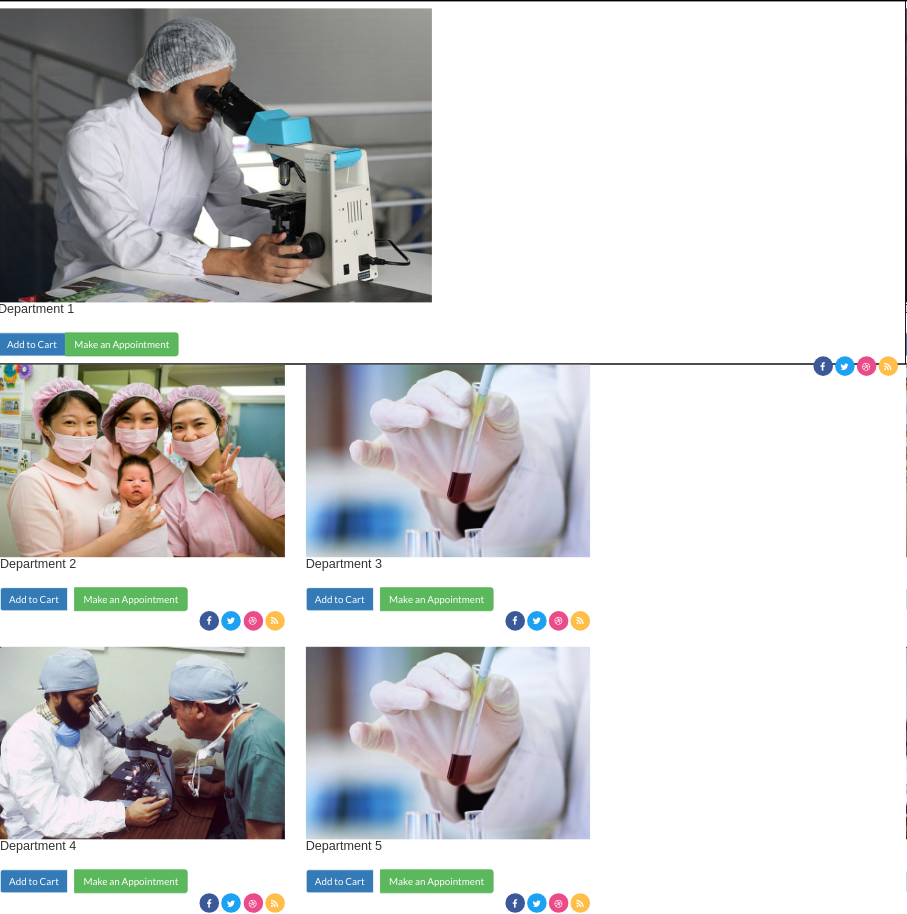
Repository: 72-faisal/work_to_do
Page: http://localhost/Khajina_Doctor/Department-home.jsp
The author's editor kept a copy of each file at every save. The page is drawn from the files as they stood at one save, then again after the next save.
The browser window is 1280 px wide. The page is 1295 px wide, so the pictures cover 1295 px, including what lies to the right of the window. The pictures show the part of the page from y = 0 to 1880 px (the page is 1306 px tall before and 2660 px after), at 70% of full size.
Some web fonts or font styles are not loaded; a fallback is used. The page is served by Tomcat 9. Other server files are loaded and not shown.

Above is the page before, as saved 2023-04-15 20:23:14.

### Khajina_Doctor/Khajina_Doctor/src/main/webapp/Department-home.jsp
<%@ page language="java" contentType="text/html; charset=ISO-8859-1"
    pageEncoding="ISO-8859-1"%>
<!DOCTYPE html>
<html>
<head>
<meta charset="ISO-8859-1">
<title>KhajjinaDoc a Medical Online Solution |</title>
<!-- for-meta-tags-->
<meta name="viewport" content="width=device-width, initial-scale=1">
<meta http-equiv="Content-Type" content="text/html; charset=utf-8" />
<meta name="keywords" content="Health Plus Responsive web template, Bootstrap Web Templates, Flat Web Templates, Android Compatible web template,
Smartphone Compatible web template, free web designs for Nokia, Samsung, LG, SonyEricsson, Motorola web design" />
<script type="application/x-javascript"> addEventListener("load", function() { setTimeout(hideURLbar, 0); }, false);
		function hideURLbar(){ window.scrollTo(0,1); } </script>
<!-- //for-meta-tags-->
<link href="css/bootstrap.css" rel="stylesheet" type="text/css" media="all" />
<link rel="stylesheet" href="css/flexslider.css" type="text/css" media="screen" Department="" />
<link href="css/services.css" rel="stylesheet" type="text/css" media="all" />
<link href="css/ziehharmonika.css" rel="stylesheet" type="text/css">
<link href="css/JiSlider.css" rel="stylesheet">
<link href="css/style.css" rel="stylesheet" type="text/css" media="all" />
<!-- font-awesome icons -->
<link href="css/font-awesome.css" rel="stylesheet">
<!-- //font-awesome icons -->
<link href="//fonts.googleapis.com/css?family=Raleway:200,200i,300,300i,400,400i,500,500i,600,600i,700,700i,800" rel="stylesheet">
<link href="//fonts.googleapis.com/css?family=Lato:300,300i,400,400i,700,900" rel="stylesheet">
<style>
.col-md-4department {
  border: 2px solid black; /* Set the border style to a 1px solid black line */
  padding: 10px; /* Add some padding around the box content to make it easier to read */
}
.department .btn-group .btn:first-child {
  margin-right: 10px;
}

.btn-primary:hover {
  filter: brightness(70%);
}
.social_agileinfo li a {
  display: block;
  width: 30px;
  height: 30px;
  line-height: 30px;
  text-align: center;
  background: #333;
  border-radius: 50%;
  margin: 0 10px;
}

.social_agileinfo li a i {
  font-size: 18px;
}

.social_agileinfo li a:hover {
  background: #555;
}

.social_agileinfo li a:hover i {
  color: #fff;
}

.social_agileinfo li a:focus {
  outline: none;
}





</style>
</head>
<body>
<div class="department-box">
    <div class="row">
        <div class="col-md-4department">

            <img src="images/g1.jpg" alt=" " class="img-responsive" />
            <div class="overlay">
                <h4>Department 1</h4><br>
                 <div class="btn-group" role="group">
                    <button type="button" class="btn btn-primary">Add to Cart</button>
                    <button type="button" class="btn btn-success">Make an Appointment</button>
                </div><br>
               <div class="agileinfo_social_icons">
							<ul class="agileits_social_list">
								<li><a href="72__faisal" class="w3_agile_facebook"><i class="fa fa-facebook" aria-hidden="true"></i></a></li>
								<li><a href="72__faisal" class="agile_twitter"><i class="fa fa-twitter" aria-hidden="true"></i></a></li>
								<li><a href="72__faisal" class="w3_agile_dribble"><i class="fa fa-dribbble" aria-hidden="true"></i></a></li>
								<li><a href="72__faisal" class="w3_agile_rss"><i class="fa fa-rss" aria-hidden="true"></i></a></li>
							</ul>
						</div>
            </div>
        </div>
        <div class="col-md-4 department">
            <img src="images/g2.jpg" alt=" " class="img-responsive" />
            <div class="overlay">
                <h4>Department 2</h4><br>
                <div class="btn-group" role="group">
                    <button type="button" class="btn btn-primary">Add to Cart</button>
                    <button type="button" class="btn btn-success">Make an Appointment</button>
                </div><br>
                   <div class="agileinfo_social_icons">
							<ul class="agileits_social_list">
								<li><a href="72__faisal" class="w3_agile_facebook"><i class="fa fa-facebook" aria-hidden="true"></i></a></li>
								<li><a href="72__faisal" class="agile_twitter"><i class="fa fa-twitter" aria-hidden="true"></i></a></li>
								<li><a href="72__faisal" class="w3_agile_dribble"><i class="fa fa-dribbble" aria-hidden="true"></i></a></li>
								<li><a href="72__faisal" class="w3_agile_rss"><i class="fa fa-rss" aria-hidden="true"></i></a></li>
							</ul>
						</div>
            </div>
        </div>
        <div class="col-md-4 department">
            <img src="images/g3.jpg" alt=" " class="img-responsive" />
            <div class="overlay">
                <h4>Department 3</h4><br>
                <div class="btn-group" role="group">
                    <button type="button" class="btn btn-primary">Add to Cart</button>
                    <button type="button" class="btn btn-success">Make an Appointment</button>
                </div><br>
                  <div class="agileinfo_social_icons">
							<ul class="agileits_social_list">
								<li><a href="72__faisal" class="w3_agile_facebook"><i class="fa fa-facebook" aria-hidden="true"></i></a></li>
								<li><a href="72__faisal" class="agile_twitter"><i class="fa fa-twitter" aria-hidden="true"></i></a></li>
								<li><a href="72__faisal" class="w3_agile_dribble"><i class="fa fa-dribbble" aria-hidden="true"></i></a></li>
								<li><a href="72__faisal" class="w3_agile_rss"><i class="fa fa-rss" aria-hidden="true"></i></a></li>
							</ul>
						</div>
            </div>
        </div>
    </div><br>
    <div class="row">
        <div class="col-md-4 department">
            <img src="images/g4.jpg" alt=" " class="img-responsive" />
            <div class="overlay">
                <h4>Department 4</h4><br>
               <div class="btn-group" role="group">
                    <button type="button" class="btn btn-primary">Add to Cart</button>
                    <button type="button" class="btn btn-success">Make an Appointment</button>
                </div><br>
                 <div class="agileinfo_social_icons">
							<ul class="agileits_social_list">
								<li><a href="72__faisal" class="w3_agile_facebook"><i class="fa fa-facebook" aria-hidden="true"></i></a></li>
								<li><a href="72__faisal" class="agile_twitter"><i class="fa fa-twitter" aria-hidden="true"></i></a></li>
								<li><a href="72__faisal" class="w3_agile_dribble"><i class="fa fa-dribbble" aria-hidden="true"></i></a></li>
								<li><a href="72__faisal" class="w3_agile_rss"><i class="fa fa-rss" aria-hidden="true"></i></a></li>
							</ul>
						</div>
            </div>
        </div>
         <div class="col-md-4 department">
            <img src="images/g3.jpg" alt=" " class="img-responsive" />
            <div class="overlay">
                <h4>Department 5</h4><br>
               <div class="btn-group" role="group">
                    <button type="button" class="btn btn-primary">Add to Cart</button>
                    <button type="button" class="btn btn-success">Make an Appointment</button>
                </div><br>
                  <div class="agileinfo_social_icons">
							<ul class="agileits_social_list">
								<li><a href="72__faisal" class="w3_agile_facebook"><i class="fa fa-facebook" aria-hidden="true"></i></a></li>
								<li><a href="72__faisal" class="agile_twitter"><i class="fa fa-twitter" aria-hidden="true"></i></a></li>
								<li><a href="72__faisal" class="w3_agile_dribble"><i class="fa fa-dribbble" aria-hidden="true"></i></a></li>
								<li><a href="72__faisal" class="w3_agile_rss"><i class="fa fa-rss" aria-hidden="true"></i></a></li>
							</ul>
						</div>
            </div>
        </div>
    </div>
    </div>

</body>
</html>

### Khajina_Doctor/Khajina_Doctor/src/main/webapp/css/flexslider.css
/*
 * jQuery FlexSlider v2.0
 * http://www.woothemes.com/flexslider/
 *
 * Copyright 2012 WooThemes
 * Free to use under the GPLv2 license.
 * http://www.gnu.org/licenses/gpl-2.0.html
 *
 * Contributing author: Tyler Smith (@mbmufffin)
 */
/* Browser Resets */
.flex-container a:active,
.flexslider a:active,
.flex-container a:focus,
.flexslider a:focus  {outline: none;}
.slides,
.flex-control-nav,
.flex-direction-nav {margin: 0; padding: 0; list-style: none;}

/* FlexSlider Necessary Styles
*********************************/
.flexslider .slides > li {display: none; -webkit-backface-visibility: hidden;} /* Hide the slides before the JS is loaded. Avoids image jumping */
.flexslider .slides img {margin: 0 auto; display: block;}
.flex-pauseplay span {text-transform: capitalize;}

/* Clearfix for the .slides element */
.slides:after {content: "."; display: block; clear: both; visibility: hidden; line-height: 0; height: 0;}
html[xmlns] .slides {display: block;}
* html .slides {height: 1%;}

/* No JavaScript Fallback */
/* If you are not using another script, such as Modernizr, make sure you
 * include js that eliminates this class on page load */
.no-js .slides > li:first-child {display: block;}


/* FlexSlider Default Theme
*********************************/
.flexslider {
	border: 0px;
	position: relative;
	zoom: 1;
	overflow: hidden;
}
.flex-viewport {max-height: 2000px; -webkit-transition: all 1s ease; -moz-transition: all 1s ease; transition: all 1s ease;}
.loading .flex-viewport {max-height: 300px;}
.flexslider .slides {zoom: 1;}

.carousel li {margin-right: 5px}


/* Direction Nav */
.flex-direction-nav a {
	margin: 0;
    background: none;
    position: absolute;
    z-index: 10;
    cursor: pointer;
    opacity: .8;
    -webkit-transition: all .3s ease;
    font-family: FontAwesome;
    font-size: 2em;
    color: #fff;
	text-decoration: none;
	top: 50%;
}
.flex-direction-nav .flex-next {
    right: 5%;
}
.flex-direction-nav .flex-prev {
	left:5%;
}
.flex-direction-nav .flex-next:before{
	content:"\f178";
}
.flex-direction-nav .flex-prev:before{
	content:"\f177";
}
.flexslider:hover .flex-next {opacity: 1;}
.flexslider:hover .flex-prev {opacity: 1;}
.flexslider:hover .flex-next:hover, .flexslider:hover .flex-prev:hover {opacity: 1;}
.flex-direction-nav .flex-disabled {opacity: .3!important; filter:alpha(opacity=30); cursor: default;}
/* Control Nav */
.flex-control-nav {
	display: block;
    position: absolute;
    right: 5%;
    top: 20%;
}
.flex-control-nav li {
    margin: 15px 0;
    display: block;
    zoom: 1;
    position: relative;
}
.flex-control-paging li a {
	width: 15px;
    height: 15px;
    display: none;
    cursor: pointer;
    text-indent: -9999px;
    border: 5px solid rgba(255, 255, 255, 0.38);
    background: #bababa;
    text-align: center;
    border-radius: 15px;
}
.flex-control-paging li a.flex-active {
	background:#ff464f;
	cursor: default;
	transform: rotateX(360deg);
	-webkit-transform: rotateX(360deg);
	-moz-transform: rotateX(360deg);
	-o-transform: rotateX(360deg);
	-ms-transform: rotateX(360deg);
    transition: transform 2s;
}
.flex-control-thumbs {margin: 5px 0 0; position: static; overflow: hidden;}
.flex-control-thumbs li {width: 25%; float: left; margin: 0;}
.flex-control-thumbs img {width: 100%; display: block; opacity: .7; cursor: pointer;}
.flex-control-thumbs img:hover {opacity: 1;}
.flex-control-thumbs .flex-active {opacity: 1; cursor: default;}
@media screen and (max-width:1366px) {

}
@media screen and (max-width:1080px) {

}
@media screen and (max-width: 991px){

}
@media screen and (max-width: 667px){

}
@media screen and (max-width: 640px){

}
@media screen and (max-width: 600px){

}
@media screen and (max-width: 480px) {
	section.slider {
		padding-top: 0;
	}

}
@media screen and (max-width: 414px){

}
@media screen and (max-width: 384px){

}
@media screen and (max-width: 375px) {

}
@media screen and (max-width: 320px) {

}

### Khajina_Doctor/Khajina_Doctor/src/main/webapp/css/services.css
.ch-item {
	width: 100%;
	height: 100%;
	border-radius: 50%;
	position: relative;
	cursor: default;
	-webkit-perspective: 900px;
	-moz-perspective: 900px;
	-o-perspective: 900px;
	-ms-perspective: 900px;
	perspective: 900px;
}
.ch-info{
	position: absolute;
	width: 100%;
	height: 100%;
	-webkit-transform-style: preserve-3d;
	-moz-transform-style: preserve-3d;
	-o-transform-style: preserve-3d;
	-ms-transform-style: preserve-3d;
	transform-style: preserve-3d;
}
.ch-info > div {
	display: block;
	position: absolute;
	width: 100%;
	height: 100%;
	border-radius: 50%;
	background-position: center center;
	-webkit-transition: all 0.4s linear;
	-moz-transition: all 0.4s linear;
	-o-transition: all 0.4s linear;
	-ms-transition: all 0.4s linear;
	transition: all 0.4s linear;
	-webkit-transform-origin: 50% 0%;
	-moz-transform-origin: 50% 0%;
	-o-transform-origin: 50% 0%;
	-ms-transform-origin: 50% 0%;
	transform-origin: 50% 0%;
}

.ch-info .ch-info-front {
      border: 10px solid #1c588e;
    background: #fff;
}

.ch-info .ch-info-back {
	-webkit-transform: translate3d(0,0,-220px) rotate3d(1,0,0,90deg);
	-moz-transform: translate3d(0,0,-220px) rotate3d(1,0,0,90deg);
	-o-transform: translate3d(0,0,-220px) rotate3d(1,0,0,90deg);
	-ms-transform: translate3d(0,0,-220px) rotate3d(1,0,0,90deg);
	transform: translate3d(0,0,-220px) rotate3d(1,0,0,90deg);
	background: #000;
	opacity: 0;
}
.ch-info-front.ch-img-1 i,.ch-info-front.ch-img-2 i,.ch-info-front.ch-img-3 i ,.ch-info-front.ch-img-4 i ,.ch-info-front.ch-img-5 i   {
    color: #232323;
    font-size: 4em;
    line-height: 3em;
}

.ch-info h5 {
    color: #fff;
    text-transform: uppercase;
    letter-spacing: 2px;
    font-size: 20px;
    margin: 0 15px;
    padding: 78px 0 0 0;
    height: 110px;
    text-shadow: 0 0 1px #fff, 0 1px 2px rgba(0,0,0,0.3);
}

.ch-info p {
	color: #de0f17;
    padding:10px 5px;
    font-style:italic;
    margin:0 30px;
    font-size:12px;
    border-top:1px solid rgba(47, 46, 46, 0.5);
}

.ch-info p a {
	display: block;
	color: #fff;
	color: rgba(255,255,255,0.7);
	font-style: normal;
	font-weight: 700;
	text-transform: uppercase;
	font-size: 9px;
	letter-spacing: 1px;
	padding-top: 4px;
	font-family: 'Open Sans', Arial, sans-serif;
}

.ch-info p a:hover {
	color: #fff222;
	color: rgba(255,242,34, 0.8);
}

.ch-item:hover .ch-info-front {
	-webkit-transform: translate3d(0,280px,0) rotate3d(1,0,0,-90deg);
	-moz-transform: translate3d(0,280px,0) rotate3d(1,0,0,-90deg);
	-o-transform: translate3d(0,280px,0) rotate3d(1,0,0,-90deg);
	-ms-transform: translate3d(0,280px,0) rotate3d(1,0,0,-90deg);
	transform: translate3d(0,280px,0) rotate3d(1,0,0,-90deg);
	opacity: 0;
}

.ch-item:hover .ch-info-back {
	-webkit-transform: rotate3d(1,0,0,0deg);
	-moz-transform: rotate3d(1,0,0,0deg);
	-o-transform: rotate3d(1,0,0,0deg);
	-ms-transform: rotate3d(1,0,0,0deg);
	transform: rotate3d(1,0,0,0deg);
	opacity: 1;
}

### Khajina_Doctor/Khajina_Doctor/src/main/webapp/css/ziehharmonika.css
/* @author Tim himself */

.ziehharmonika h3 {
    background: rgba(255, 255, 255, 0);
    color: #151414;
    text-align: left;
    border-radius: 0px;
    padding: 25px 20px;
    cursor: pointer;
    margin-top: 0;
    margin-bottom: 25px;
    padding-right: 40px;
    transition: 0.25s all;
    position: relative;
    border: 6px solid #191919;
    font-weight: 700;
    letter-spacing: 1px;
}
.ziehharmonika h3.active {
    margin-bottom: 21px;
  background: #207fdc;
    border: 6px solid rgba(44, 185, 139, 0.01);
}
.ziehharmonika h3::before {
	content: attr(data-prefix);
	font-size: 18px;
	margin-right: 9px;
}
.ziehharmonika > div {
	display: none;
	    background: #fff;
    border-radius: 0;
    border: 1px solid #cdcdcd;
    text-align: left;
    padding: 31px 33px;
    margin-bottom: 9px;
}
.ziehharmonika .arrowDown {
	width: 0;
	height: 0;
	border-style: solid;
	border-width: 13.0px 7.5px 0 7.5px;
	border-color: #272e35 transparent transparent transparent;
	position: absolute;
	bottom: 0;
	left: 40px;
	transition: 0.25s all;
	opacity: 0;
}
.ziehharmonika .active .arrowDown {
       bottom: -18px;
    border-color: #207fdc transparent transparent transparent;
    opacity: 1;
}
.ziehharmonika .collapseIcon {
	    position: absolute;
    right: 20px;
    top: 52%;
    font-size: 30px;
    font-weight: 400;
    -ms-transform: translate(0, -50%);
    transform: translate(0, -50%);
}
/*--/Responsive--*/
@media(max-width:640px){
	.ziehharmonika > div {
		display: none;
		background: #fff;
		border-radius: 0;
		border: 1px solid #cdcdcd;
		text-align: left;
		padding: 15px 15px;
		margin-bottom: 9px;
	}
	.ziehharmonika h3 {
      padding: 15px 20px;
	}
}
@media(max-width:414px){
	.ziehharmonika h3 {
		padding: 9px 15px;
		margin-bottom: 14px;
		padding-right: 40px;
		font-size: 1.2em;
	}
}
/*--//Responsive--*/

### Khajina_Doctor/Khajina_Doctor/src/main/webapp/css/JiSlider.css
/****** JiSlider css ******/
	#JiSlider {
				width: 100%;
				height: 100%;
			}
.jislider ul {
	height: 100%;
	margin: 0;
	padding: 0;
	position: relative;
	list-style-type: none;
}

.jislider ul li {
	position: relative;
	height: 100%;
	float: left;
	overflow: hidden;
}

.jislider__img {
	position: absolute;
	top: 0;
	left: 0;
	background-size: cover;
	background-position: center;
	width: 100%;
	height: 100%;
	z-index: -1;
}

.jislider__left-arrow {
	position: absolute;
	left: 30px;
	top: 0;
	bottom: 0;
	margin: auto;
	width: 30px;
	height: 60px;
	cursor: pointer;
}

.jislider__left-arrow__top {
	content: '';
	position: absolute;
	top: 0;
	left: 0;
	width: 2px;
	height: 30px;
	background-color: inherit;
	-webkit-transform: rotate(30deg) translateX(10px) translateY(-3px);
	-ms-transform: rotate(30deg) translateX(10px) translateY(-3px);
	transform: rotate(30deg) translateX(10px) translateY(-3px);
}

.jislider__left-arrow__bottom {
	content: '';
	position: absolute;
	bottom: 0;
	left: 0;
	width: 2px;
	height: 30px;
	background-color: inherit;
	-webkit-transform: rotate(-30deg) translateX(10px) translateY(3px);
	-ms-transform: rotate(-30deg) translateX(10px) translateY(3px);
	transform: rotate(-30deg) translateX(10px) translateY(3px);
}


.jislider__right-arrow {
	position: absolute;
	right: 30px;
	top: 0;
	bottom: 0;
	margin: auto;
	width: 30px;
	height: 60px;
	cursor: pointer;
}

.jislider__right-arrow__top {
	content: '';
	position: absolute;
	top: 0;
	right: 0;
	width: 2px;
	height: 30px;
	background-color: inherit;
	-webkit-transform: rotate(-30deg) translateX(-10px) translateY(-3px);
	-ms-transform: rotate(-30deg) translateX(-10px) translateY(-3px);
	transform: rotate(-30deg) translateX(-10px) translateY(-3px);
}

.jislider__right-arrow__bottom {
	content: '';
	position: absolute;
	bottom: 0;
	right: 0;
	width: 2px;
	height: 30px;
	background-color: inherit;
	-webkit-transform: rotate(30deg) translateX(-10px) translateY(3px);
	-ms-transform: rotate(30deg) translateX(-10px) translateY(3px);
	transform: rotate(30deg) translateX(-10px) translateY(3px);
}

.jislider__controller {
    position: absolute;
    max-width: 80%;
    padding: 0 10px;
    left: -54%;
    right: 0;
    bottom: 20%;
    margin: auto;
    text-align: center;
}

.jislider__button {
    display: inline-block;
    width: 36px;
    height: 5px;
    margin: 0 0 0 7px;
    cursor: pointer;
    border: 2px solid #fff!important;
    background: #fff!important;
    box-shadow: 3px 3px rgba(0, 0, 0, 0.34);
}
.jislider__button.jislider__on{
	background:#de0f17!important;
    border:2px solid #de0f17!important;
    height:5px;
    width:36px;
	border-radius:0px!important;
}
.jislider__controller {
    width: 200px!important;
}
/*--start-responsive-design--*/
@media (max-width:1680px){
	.jislider__controller {
		left: -61%;
	}
}
@media (max-width:1600px){
	.jislider__controller {
		left: -64%;
	}
}
@media (max-width:1440px){
	.jislider__controller {

		bottom: 20%;
		left: -71%;
        right: 0;
	}
}
@media (max-width:1366px){
	.jislider__controller {
		bottom: 20%;
		left: -74%;
		right: 0;
	}
}
@media (max-width:1280px){

	.jislider__controller {
		left: -80%;
		right: 0;
		bottom: 20%;
	}
}
@media (max-width:1080px){
	.jislider__controller {
		left: -76%;
		right: 0;
		bottom: 24%;
	}
}
@media (max-width:1050px){
 .jislider__controller {
		left: -78%;
		right: 0;
		bottom: 24%;
	}
}
@media (max-width:1024px){
	.jislider__controller {
		left: -80%;
		right: 0;
		bottom: 26%;
	}
}
@media (max-width:991px){

	.jislider__controller {
		left: -63%;
		right: 0;
		bottom: 23%;
	}
}
@media (max-width:800px){
	.jislider__controller {
		left: -67%;
		right: 0;
		bottom: 23%;
	}
}
@media (max-width:768px){
	.jislider__controller {
		left: -72%;
		right: 0;
		bottom: 23%;
	}
}
@media (max-width:736px){
	.jislider__controller {
		left: -63%;
		right: 0;
		bottom: 27%;
	}
}
@media (max-width:667px){
   .jislider__controller {
		left: -66%;
		right: 0;
		bottom: 27%;
	}

}
@media (max-width:640px){
	.jislider__controller {
		left: -61%;
		right: 0;
		bottom: 23%;
	}
}
@media (max-width:600px){
	.jislider__controller {
		left: -60%;
		right: 0;
		bottom: 20%;
	}
}
@media (max-width:568px){
	.jislider__button {
		display: inline-block;
		width: 27px;
	}
}
@media (max-width:480px){

	.jislider__controller {
		left: -53%;
		right: 0;
		bottom: 22%;
	}
	.jislider__button {
		display: inline-block;
		width: 26px;
		height: 5px;
		margin: 0 0 0 7px;
	}
}
@media (max-width:414px){
	.jislider__left-arrow {
		position: absolute;
		left: 10px;
		top: 0;
		bottom: 0;
		margin: auto;
		width: 30px;
		height: 60px;
		cursor: pointer;
	}
	.jislider__right-arrow {
		position: absolute;
		right: 10px;
		top: 0;
		bottom: 0;
		margin: auto;
		width: 30px;
		height: 60px;
		cursor: pointer;
	}
	.jislider__controller {
		left: -53%;
		right: 0;
		bottom: 19%;
	}
}
@media (max-width:384px){
	.jislider__controller {
		padding: 0 0px;
		left: -49%;
		right: 0;
		bottom: 14%;
	}
}

Loaded but not shown: Khajina_Doctor/Khajina_Doctor/src/main/webapp/css/bootstrap.css (library); Khajina_Doctor/Khajina_Doctor/src/main/webapp/css/font-awesome.css (library); Khajina_Doctor/Khajina_Doctor/src/main/webapp/css/style.css (4106 lines, source omitted)

After the next save:
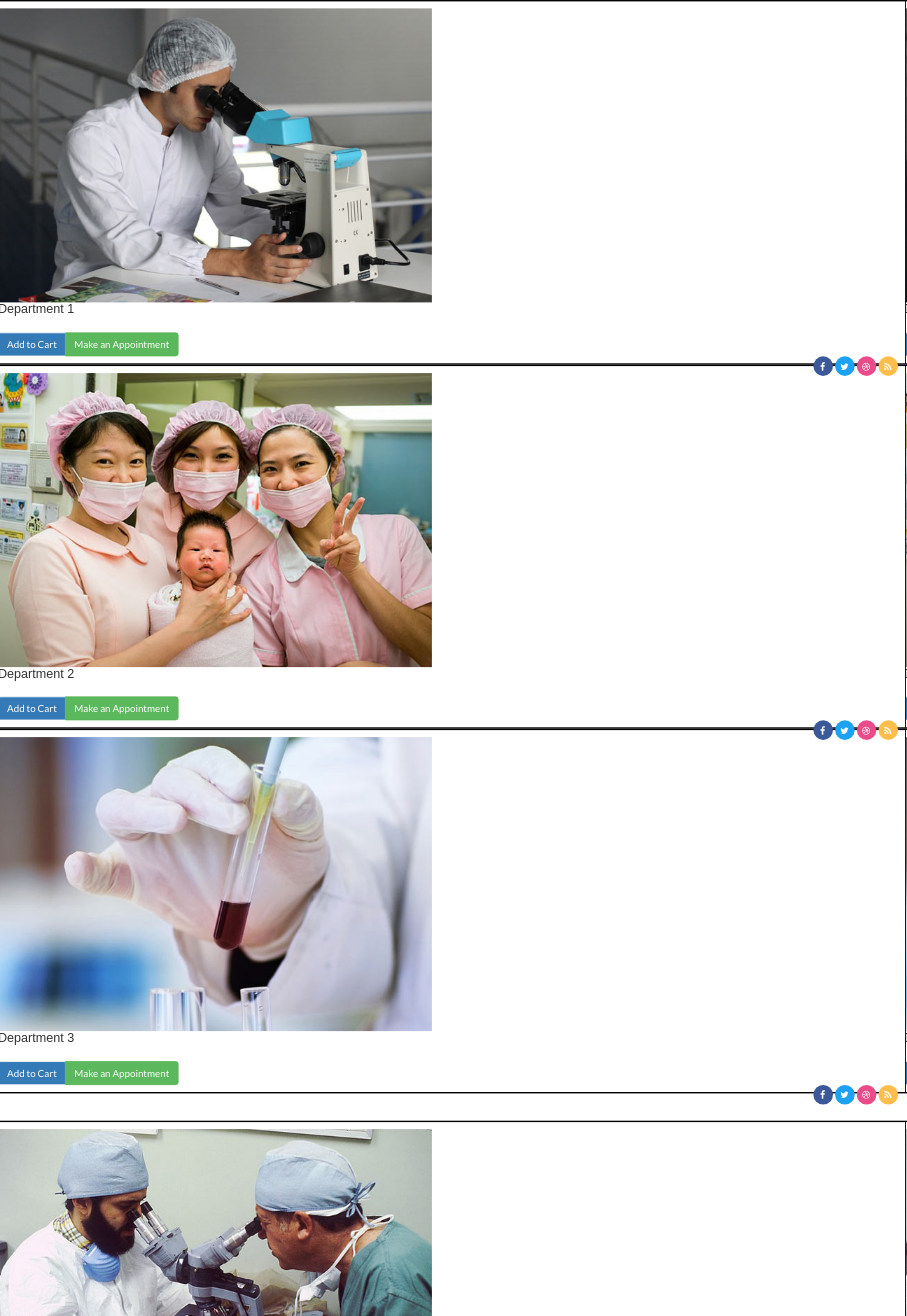
Saved 45 s later.
--- a/Khajina_Doctor/Khajina_Doctor/src/main/webapp/Department-home.jsp
+++ b/Khajina_Doctor/Khajina_Doctor/src/main/webapp/Department-home.jsp
@@ -91,7 +91,7 @@ Smartphone Compatible web template, free web designs for Nokia, Samsung, LG, Son
 						</div>
             </div>
         </div>
-        <div class="col-md-4 department">
+        <div class="col-md-4department">
             <img src="images/g2.jpg" alt=" " class="img-responsive" />
             <div class="overlay">
                 <h4>Department 2</h4><br>
@@ -109,7 +109,7 @@ Smartphone Compatible web template, free web designs for Nokia, Samsung, LG, Son
 						</div>
             </div>
         </div>
-        <div class="col-md-4 department">
+        <div class="col-md-4department">
             <img src="images/g3.jpg" alt=" " class="img-responsive" />
             <div class="overlay">
                 <h4>Department 3</h4><br>
@@ -129,7 +129,7 @@ Smartphone Compatible web template, free web designs for Nokia, Samsung, LG, Son
         </div>
     </div><br>
     <div class="row">
-        <div class="col-md-4 department">
+        <div class="col-md-4department">
             <img src="images/g4.jpg" alt=" " class="img-responsive" />
             <div class="overlay">
                 <h4>Department 4</h4><br>
@@ -147,7 +147,7 @@ Smartphone Compatible web template, free web designs for Nokia, Samsung, LG, Son
 						</div>
             </div>
         </div>
-         <div class="col-md-4 department">
+         <div class="col-md-4department">
             <img src="images/g3.jpg" alt=" " class="img-responsive" />
             <div class="overlay">
                 <h4>Department 5</h4><br>
